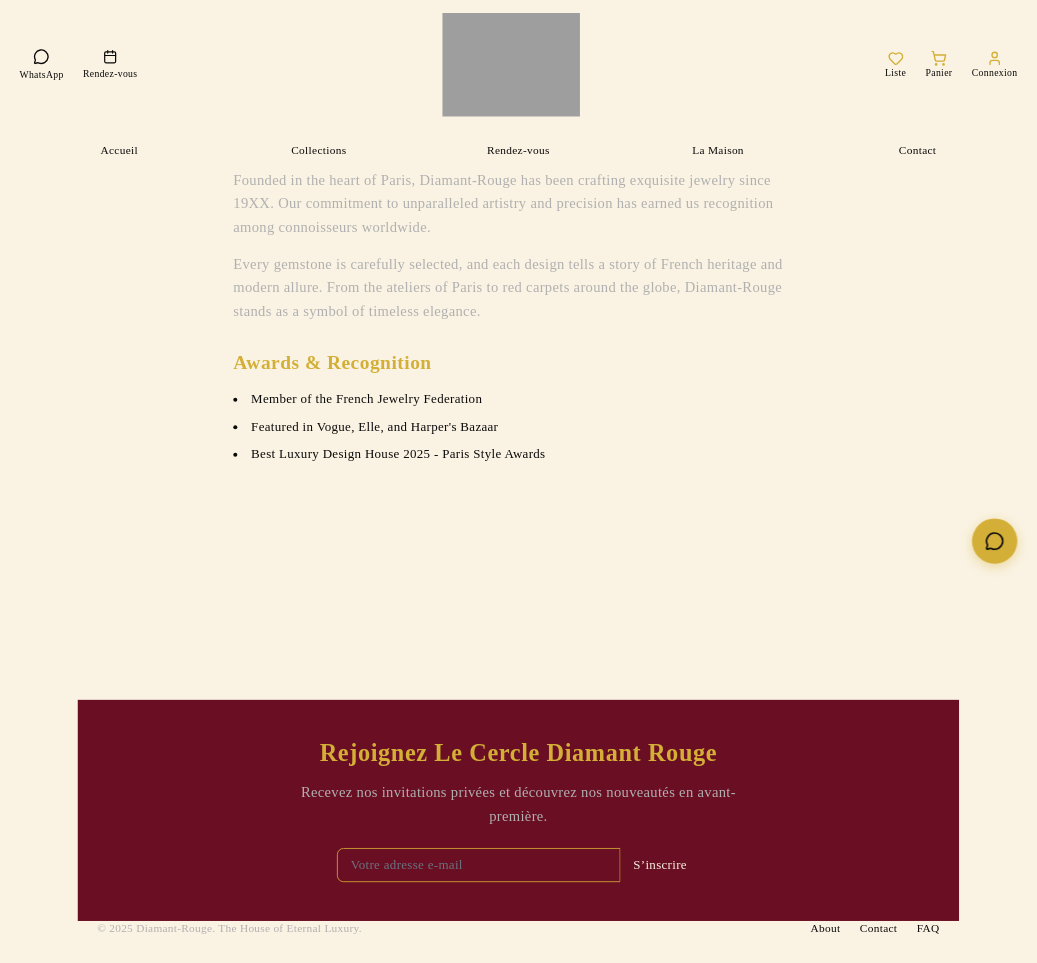
Repository: G-omar-H/diamant-rouge
Page: /about (app in diamant-rouge/)
The author's editor kept a copy of each file at every save. The page is drawn from the files as they stood at one save, then again after the next save.
The browser window is 1280 px wide. The pictures show the whole page, at 81% of full size.
Pictures or frames that could not be fetched are drawn as grey boxes. The page's requests for data from a server got no answer. The project was rebuilt for these pictures with package versions that can differ from the ones it lists, and the page was loaded fresh each time. The framework's server and built-in components were replaced by stand-ins that run in the browser. No one was signed in, and anything a server would have sent is missing. Also part of the build but not shown: diamant-rouge/next.config.js.

Above is the page before, as saved 2025-03-05 03:57:43.

After the next save:
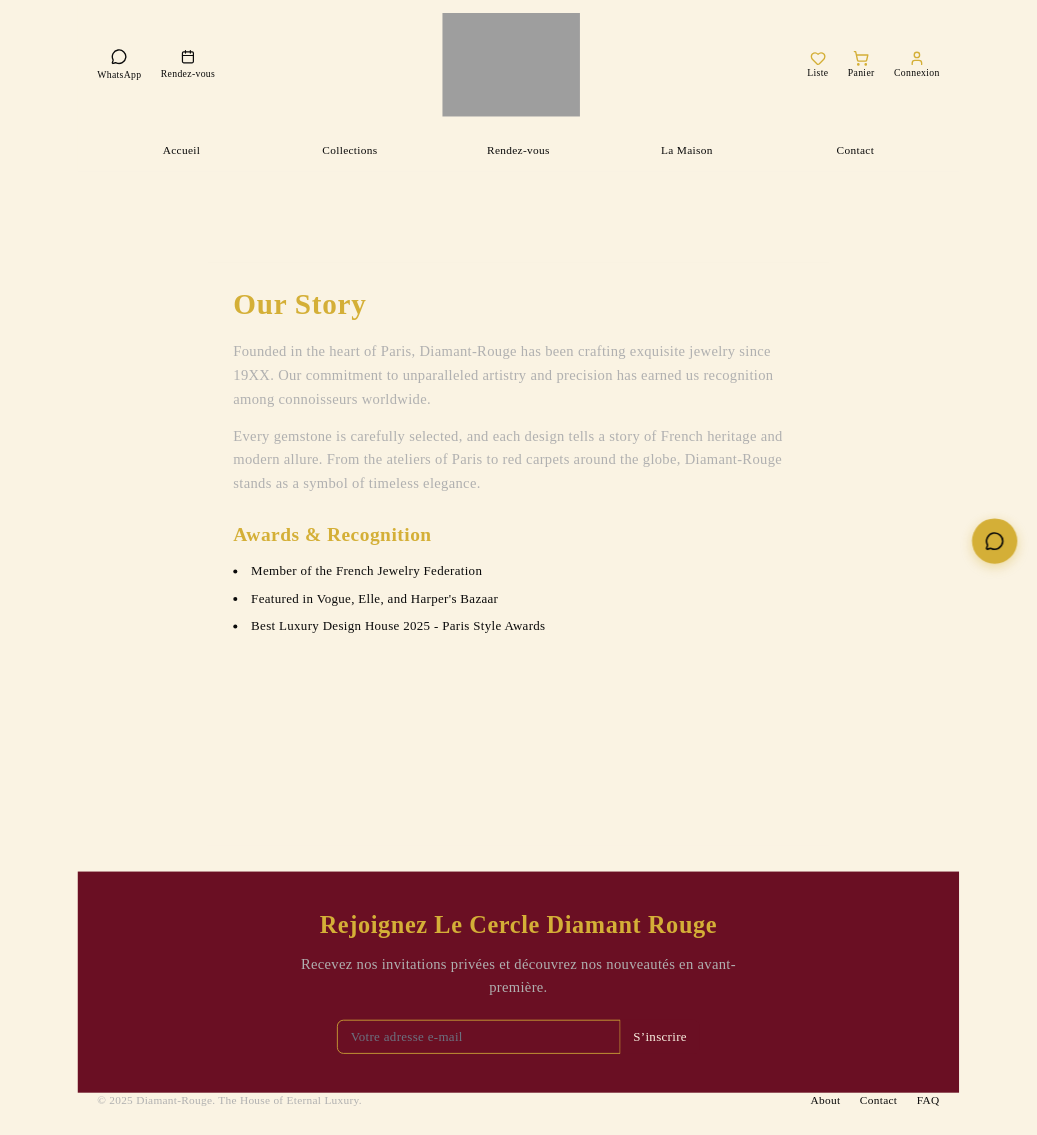
Saved 3 s later.
--- a/diamant-rouge/components/Header.tsx
+++ b/diamant-rouge/components/Header.tsx
@@ -27,7 +27,7 @@
   const [navOpen, setNavOpen] = useState(false);
 
   return (
-    <header className="w-full bg-brandIvory fixed top-0 left-0 z-50">
+    <header className="w-full bg-brandIvory">
       <div className="max-w-screen-xl mx-auto px-6 py-4 flex flex-col gap-4">
         {/* Top Row: Contact & User Actions */}
         <div className="flex justify-between items-center">
